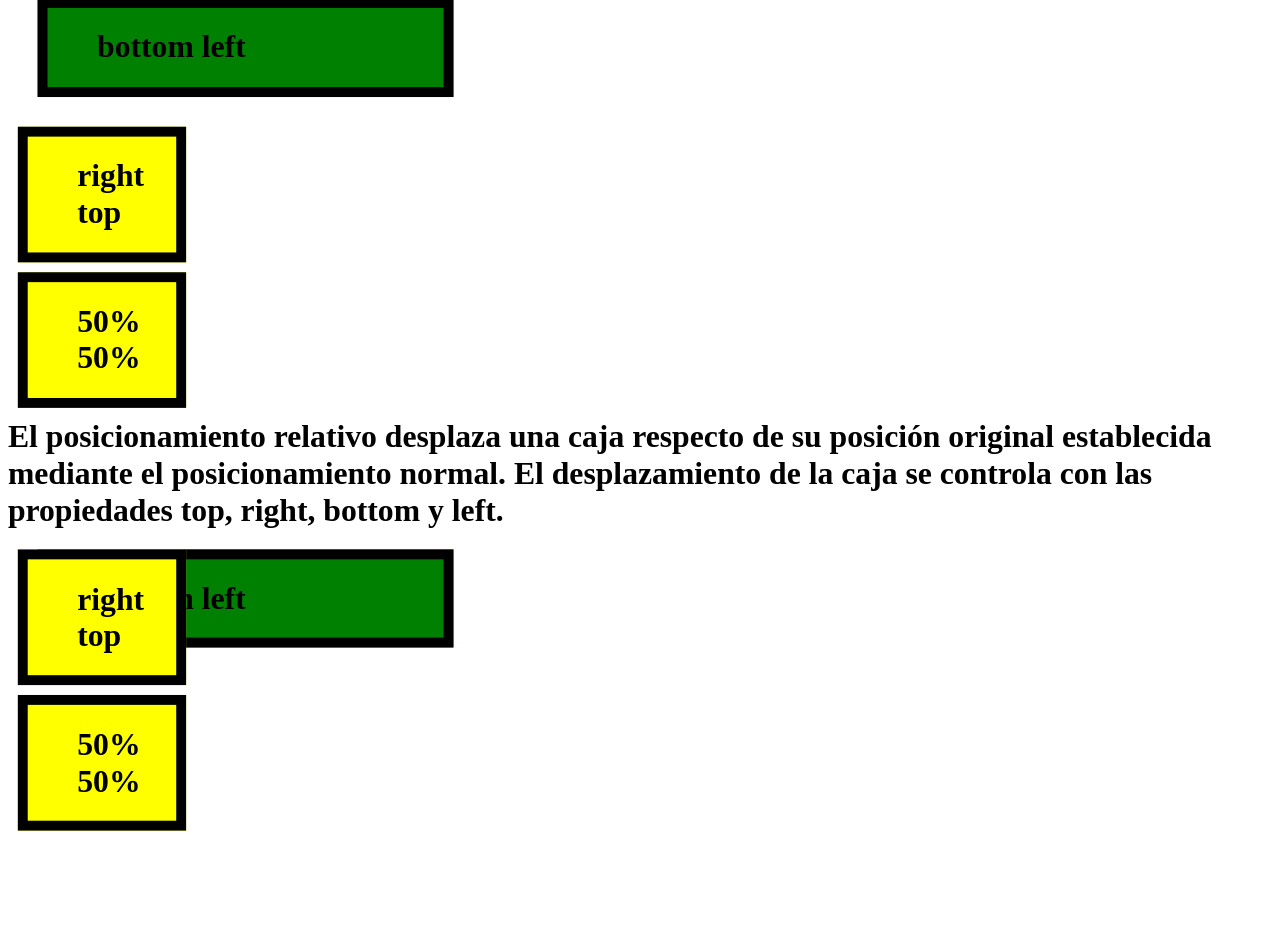
Repository: antonio63j/misNotas
Page: software/CSS/Demos/aptana_proyect/src/relativo.html
These files come from the project's save history. The page is drawn as it stood at one moment and after the next save; the edit follows.
The browser window is 1280 px wide. The pictures show the whole page, at 99% of full size.

Above is the page before, as saved 2017-04-23 16:43:15.

After the next save:
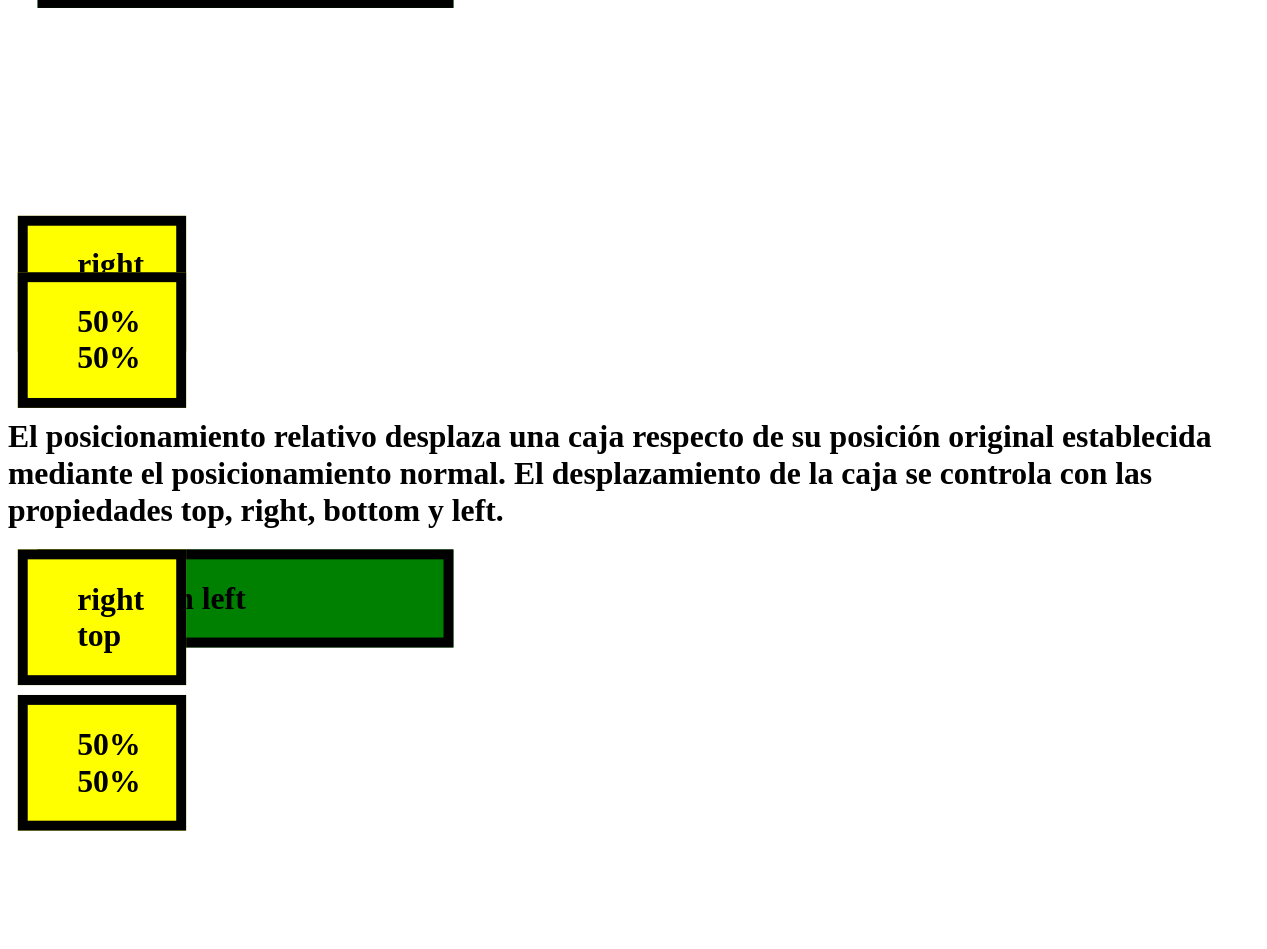
Saved 38 s later.
--- a/software/CSS/Demos/aptana_proyect/src/relativo.html
+++ b/software/CSS/Demos/aptana_proyect/src/relativo.html
@@ -5,7 +5,7 @@
 
 #caja1 {
   position:relative;
-  bottom:10px;
+  bottom:100px;
   left:20px;
   width: 300px;
   padding-left:  50px;
@@ -19,7 +19,7 @@
 
 #caja2 {
   position:relative;
-  top:10px;
+  top:100px;
   width: 50px;
   padding-left:  50px;
   padding-right: 50px;
